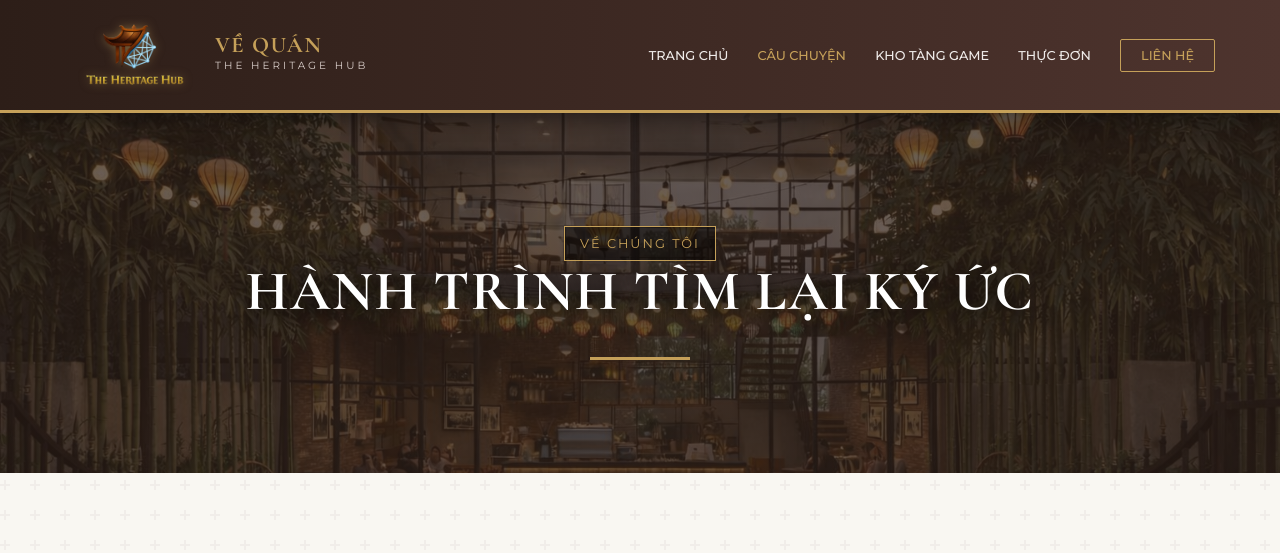
Repository: Lukas952003/Project-The-Heritage-Hub-Coffee-Marketing
Page: about.html
These files come from the project's save history. The page is drawn as it stood at one moment and after the next save; the edit follows.
The browser window is 1280 px wide. The pictures show the part of the page from y = 0 to 553 px (the page is 4198 px tall).
A picture or video elsewhere on the page could not be fetched, so the positions and the page height are approximate. Backgrounds fixed to the window are drawn as part of the page.

Above is the page before, as saved 2025-12-28 20:47:42.

### about.html
<!DOCTYPE html>
<html lang="vi">
  <head>
    <meta charset="UTF-8" />
    <meta
      name="viewport"
      content="width=device-width, initial-scale=1.0, maximum-scale=1.0, user-scalable=no"
    />
    <title>Câu Chuyện | THE HERITAGE HUB - SÀI GÒN</title>
    <link
      href="https://fonts.googleapis.com/css2?family=Cormorant+Garamond:ital,wght@0,400;0,600;0,700;1,400&family=Montserrat:wght@300;400;500;600&family=Great+Vibes&display=swap"
      rel="stylesheet"
    />
    <link
      rel="stylesheet"
      href="https://cdnjs.cloudflare.com/ajax/libs/font-awesome/6.4.0/css/all.min.css"
    />

    <style>
      /* --- 1. CORE STYLES (ĐỒNG BỘ VỚI INDEX.HTML) --- */
      :root {
        --wood-primary: #5d4037;
        --wood-dark: #2d1e18; /* Gỗ mun đen hơn */
        --jade: #006b54;
        --jade-light: #2e8b57;
        --gold: #c5a059;
        --gold-glow: #ffd700;
        --cream: #f9f7f2;
        --text: #2c2c2c;
      }

      * {
        margin: 0;
        padding: 0;
        box-sizing: border-box;
      }
      body {
        font-family: "Montserrat", sans-serif;
        background-color: var(--cream);
        color: var(--text);
        line-height: 1.8;
        overflow-x: hidden;
        background-image: url("data:[embedded picture, 363 characters]");
      }

      h1,
      h2,
      h3,
      h4 {
        font-family: "Cormorant Garamond", serif;
        text-transform: uppercase;
        letter-spacing: 1.5px;
        color: var(--wood-dark);
      }
      .serif-italic {
        font-family: "Cormorant Garamond", serif;
        font-style: italic;
      }

      /* Container có padding an toàn */
      .container {
        max-width: 1200px;
        margin: 0 auto;
        padding: 0 25px;
      }
      .section-padding {
        padding: 100px 0;
      }

      /* HEADER */
      header {
        background: linear-gradient(to right, var(--wood-dark), #4e342e);
        border-bottom: 3px solid var(--gold);
        padding: 10px 0;
        position: sticky;
        top: 0;
        z-index: 1000;
        box-shadow: 0 5px 20px rgba(0, 0, 0, 0.4);
      }
      .nav-inner {
        display: flex;
        justify-content: space-between;
        align-items: center;
      }
      .logo-area {
        text-decoration: none;
        display: flex;
        align-items: center;
        gap: 15px;
      }
      .custom-logo {
        height: 90px;
        width: auto;
        object-fit: contain;
        filter: drop-shadow(0 0 5px rgba(197, 160, 89, 0.5));
      }
      .brand-text h1 {
        color: var(--gold);
        margin: 0;
        line-height: 1;
        font-size: 1.4rem;
      }
      .brand-text span {
        color: #d7ccc8;
        font-size: 0.65rem;
        letter-spacing: 3px;
        display: block;
        font-family: "Montserrat", sans-serif;
      }
      .nav-links a {
        color: #efebe9;
        text-decoration: none;
        margin-left: 25px;
        font-weight: 500;
        font-size: 0.8rem;
        text-transform: uppercase;
        transition: 0.3s;
      }
      .nav-links a:hover,
      .nav-links a.active {
        color: var(--gold);
      }
      .btn-nav {
        border: 1px solid var(--gold);
        padding: 8px 20px;
        border-radius: 2px;
        color: var(--gold) !important;
      }
      .btn-nav:hover {
        background: var(--gold);
        color: var(--wood-dark) !important;
      }

      /* --- 2. ABOUT HERO --- */
      .page-hero {
        height: 50vh;
        background: linear-gradient(rgba(45, 30, 24, 0.7), rgba(45, 30, 24, 0.7)),
          url("./img/Mô\ hình\ kiến\ trúc\ quán.png");
        background-attachment: fixed;
        background-size: cover;
        background-position: center;
        display: flex;
        flex-direction: column;
        align-items: center;
        justify-content: center;
        text-align: center;
        padding: 0 20px;
      }
      .page-hero h2 {
        font-size: 3.5rem;
        color: #fff;
        text-shadow: 0 5px 20px #000;
        margin-bottom: 15px;
        line-height: 1.1;
      }
      .breadcrumb {
        color: var(--gold);
        font-family: "Montserrat";
        font-size: 0.8rem;
        letter-spacing: 2px;
        text-transform: uppercase;
        border: 1px solid var(--gold);
        padding: 5px 15px;
        background: rgba(0, 0, 0, 0.5);
      }

      /* --- 3. STORY (ZIGZAG) --- */
      .story-block {
        display: flex;
        align-items: center;
        gap: 60px;
        margin-bottom: 100px;
      }
      .story-block.reverse {
        flex-direction: row-reverse;
      }
      .story-img {
        flex: 1;
        position: relative;
      }
      .story-img img {
        width: 100%;
        border-radius: 4px;
        box-shadow: 20px 20px 0 var(--wood-dark);
        filter: sepia(20%);
        transition: 0.5s;
      }
      .story-img:hover img {
        filter: sepia(0);
        transform: translateY(-5px);
      }
      .story-img::before {
        content: "";
        position: absolute;
        top: -15px;
        left: -15px;
        width: 100px;
        height: 100px;
        border-top: 3px solid var(--gold);
        border-left: 3px solid var(--gold);
        z-index: 1;
      }
      .story-text {
        flex: 1;
      }
      .story-text h3 {
        font-size: 2.5rem;
        margin-bottom: 20px;
        color: var(--wood-dark);
        border-left: 5px solid var(--jade);
        padding-left: 20px;
      }
      .story-text p {
        color: var(--text);
        margin-bottom: 20px;
        text-align: justify;
        font-size: 1.05rem;
      }
      .highlight-text {
        color: var(--jade);
        font-weight: 600;
        font-family: "Cormorant Garamond";
        font-size: 1.3rem;
        font-style: italic;
      }

      /* --- 4. PHILOSOPHY --- */
      .philosophy-section {
        background-color: var(--wood-dark);
        background-image: url("https://www.transparenttextures.com/patterns/black-scales.png");
        color: #fff;
        padding: 100px 0;
        text-align: center;
        position: relative;
      }
      .philosophy-section::before,
      .philosophy-section::after {
        content: "";
        position: absolute;
        left: 0;
        width: 100%;
        height: 5px;
        background: linear-gradient(90deg, var(--wood-dark), var(--gold), var(--wood-dark));
      }
      .philosophy-section::before {
        top: 0;
      }
      .philosophy-section::after {
        bottom: 0;
      }

      .phil-container {
        display: flex;
        justify-content: center;
        gap: 40px;
        margin-top: 60px;
        flex-wrap: wrap;
      }
      .phil-card {
        width: 300px;
        height: 420px;
        background: linear-gradient(145deg, #2d1e18, #3e2723);
        border: 2px solid var(--gold);
        border-radius: 10px 10px 0 0;
        padding: 40px 20px;
        position: relative;
        overflow: hidden;
        transition: 0.5s;
        box-shadow: 0 10px 30px rgba(0, 0, 0, 0.5);
      }
      .phil-card:hover {
        transform: translateY(-15px);
        border-color: var(--jade);
        box-shadow: 0 0 30px rgba(0, 107, 84, 0.4);
      }

      .phil-icon-large {
        font-size: 4rem;
        color: rgba(255, 255, 255, 0.05);
        position: absolute;
        top: 20px;
        right: 20px;
        z-index: 0;
      }
      .phil-main-icon {
        width: 80px;
        height: 80px;
        background: var(--jade);
        border-radius: 50%;
        display: flex;
        align-items: center;
        justify-content: center;
        font-size: 2rem;
        color: #fff;
        margin: 0 auto 30px;
        border: 2px solid var(--gold);
        position: relative;
        z-index: 1;
        box-shadow: 0 0 15px var(--jade);
      }
      .phil-title {
        font-size: 2rem;
        color: var(--gold);
        margin-bottom: 10px;
        position: relative;
        z-index: 1;
      }
      .phil-subtitle {
        font-size: 0.9rem;
        color: #aaa;
        text-transform: uppercase;
        letter-spacing: 2px;
        margin-bottom: 20px;
        display: block;
      }
      .phil-desc {
        font-size: 0.95rem;
        color: #ddd;
        z-index: 1;
        position: relative;
        line-height: 1.6;
      }

      /* --- 5. FOUNDING TEAM (PC DEFAULT) --- */
      .team-section {
        padding: 100px 0;
        background: var(--cream);
      }
      .team-title-box {
        text-align: center;
        margin-bottom: 60px;
      }
      .team-title-box h2 {
        font-size: 3rem;
        margin: 10px 0;
      }

      /* Mặc định PC: 4 Cột */
      .team-grid {
        display: grid;
        grid-template-columns: repeat(4, 1fr);
        gap: 20px;
      }

      .member-card {
        background: #fff;
        border: 1px solid #d7ccc8;
        position: relative;
        overflow: hidden;
        transition: 0.4s;
        height: 400px;
        box-shadow: 5px 5px 15px rgba(0, 0, 0, 0.05);
      }
      .member-card:hover {
        transform: scale(1.02);
        z-index: 10;
        border-color: var(--gold);
        box-shadow: 0 20px 40px rgba(0, 0, 0, 0.2);
      }

      .member-img {
        width: 100%;
        height: 75%;
        object-fit: cover;
        filter: grayscale(100%);
        transition: 0.5s;
        border-bottom: 2px solid var(--gold);
      }
      .member-card:hover .member-img {
        filter: grayscale(0%);
        height: 60%;
      }

      .member-info {
        padding: 15px;
        text-align: center;
        background: #fff;
        height: 25%;
        transition: 0.5s;
        display: flex;
        flex-direction: column;
        justify-content: center;
      }
      .member-card:hover .member-info {
        height: 40%;
        background: var(--wood-dark);
      }

      .member-name {
        font-weight: 700;
        font-size: 1.1rem;
        color: var(--wood-dark);
        text-transform: uppercase;
        transition: 0.3s;
      }
      .member-card:hover .member-name {
        color: var(--gold);
      }

      .member-role {
        font-size: 0.8rem;
        color: var(--jade);
        font-weight: 600;
        display: block;
        margin-top: 5px;
      }

      /* Stats only on PC hover */
      .member-stat {
        opacity: 0;
        transform: translateY(20px);
        transition: 0.5s;
        color: #ccc;
        font-size: 0.8rem;
        margin-top: 10px;
        font-style: italic;
        display: block;
      }
      .member-card:hover .member-stat {
        opacity: 1;
        transform: translateY(0);
      }

      /* FOOTER */
      footer {
        background: #281a16;
        color: #a1887f;
        padding: 80px 0 20px;
        border-top: 5px solid var(--jade);
      }
      .footer-grid {
        display: grid;
        grid-template-columns: 1.5fr 1fr 1fr;
        gap: 40px;
        margin-bottom: 40px;
      }
      .footer-col h4 {
        color: #fff;
        margin-bottom: 25px;
        font-size: 1.2rem;
        border-left: 3px solid var(--gold);
        padding-left: 15px;
      }
      .footer-col ul {
        list-style: none;
      }
      .footer-col li {
        margin-bottom: 12px;
        font-size: 0.95rem;
      }
      .footer-col a {
        color: #a1887f;
        text-decoration: none;
        transition: 0.3s;
      }
      .footer-col a:hover {
        color: var(--gold);
        padding-left: 5px;
      }

      /* =========================================
         MOBILE RESPONSIVE CSS (TỐI ƯU HÓA)
         ========================================= */
      @media (max-width: 768px) {
        /* Chung */
        .section-padding {
          padding: 60px 0;
        }
        .container {
          padding: 0 25px;
        }

        /* Header */
        .nav-inner {
          flex-direction: column;
          gap: 15px;
        }
        .nav-links {
          width: 100%;
          justify-content: center;
          gap: 10px;
          margin-left: 0;
          display: flex;
          flex-wrap: wrap;
        }
        .nav-links a {
          margin: 0 5px;
          font-size: 0.85rem;
          padding: 5px;
        }

        /* Hero */
        .page-hero {
          height: auto;
          padding: 100px 20px;
        }
        .page-hero h2 {
          font-size: 2.5rem;
        }

        /* Story */
        .story-block,
        .story-block.reverse {
          flex-direction: column;
          gap: 30px;
          margin-bottom: 60px;
        }
        .story-img::before {
          display: none;
        } /* Tắt viền trang trí ảnh */
        .story-text {
          text-align: center;
        }
        .story-text h3 {
          font-size: 2rem;
          border-left: none;
          border-bottom: 3px solid var(--jade);
          padding-left: 0;
          padding-bottom: 10px;
          display: inline-block;
        }

        /* Philosophy */
        .phil-container {
          flex-direction: column;
          align-items: center;
          gap: 30px;
        }
        .phil-card {
          width: 100%;
          max-width: 350px;
          height: auto;
          min-height: 400px;
        }

        /* --- TEAM GRID MOBILE (2 CỘT 4 HÀNG) --- */
        .team-title-box h2 {
          font-size: 2.2rem;
        }
        .team-grid {
          grid-template-columns: repeat(2, 1fr); /* 2 Cột trên Mobile */
          gap: 15px; /* Khoảng cách nhỏ hơn */
        }
        .member-card {
          height: 260px; /* Thu nhỏ chiều cao thẻ */
        }
        .member-img {
          height: 70%; /* Ảnh chiếm phần lớn */
        }
        .member-info {
          height: 30%; /* Phần thông tin nhỏ lại */
          padding: 10px 5px;
        }
        .member-card:hover .member-info {
          height: 30%; /* Tắt hiệu ứng mở rộng trên mobile */
          background: #fff; /* Giữ nền trắng */
        }
        .member-name {
          font-size: 0.85rem; /* Tên nhỏ lại */
          margin-bottom: 2px;
        }
        .member-card:hover .member-name {
          color: var(--wood-dark);
        } /* Tắt đổi màu */

        .member-role {
          font-size: 0.6rem; /* Role nhỏ lại */
        }
        .member-stat {
          display: none; /* Ẩn câu quote trên mobile vì không có chỗ */
        }

        /* Footer */
        footer {
          padding: 50px 0 20px;
        }
        .footer-grid {
          grid-template-columns: 1fr;
          text-align: center;
          gap: 30px;
        }
        .footer-col h4 {
          border-left: none;
          border-bottom: 2px solid var(--gold);
          padding-left: 0;
          padding-bottom: 10px;
          display: inline-block;
        }
      }
    </style>
  </head>
  <body>
    <header>
      <div class="container nav-inner">
        <a href="index.html" class="logo-area">
          <img src="./img/logo.png" alt="Logo" class="custom-logo" />
          <div class="brand-text">
            <h1>VỀ QUÁN</h1>
            <span>THE HERITAGE HUB</span>
          </div>
        </a>
        <nav class="nav-links">
          <a href="index.html">Trang Chủ</a>
          <a href="about.html" class="active" style="color: var(--gold)">Câu Chuyện</a>
          <a href="games.html">Kho Tàng Game</a>
          <a href="menu.html">Thực Đơn</a>
          <a href="contact" class="btn-nav">Liên Hệ</a>
        </nav>
      </div>
    </header>

    <section class="page-hero">
      <div class="breadcrumb">Về Chúng Tôi</div>
      <h2>HÀNH TRÌNH TÌM LẠI KÝ ỨC</h2>
      <div style="width: 100px; height: 3px; background: var(--gold); margin-top: 20px"></div>
    </section>

    <section class="section-padding container">
      <div class="story-block">
        <div class="story-text">
          <span class="serif-italic" style="color: var(--gold); font-size: 1.3rem">Chương 1</span>
          <h3>KHỞI NGUỒN TỪ <br />GIẢNG ĐƯỜNG UFM</h3>
          <p>
            Mọi chuyện bắt đầu vào một buổi chiều mưa tại Sài Gòn, trong giờ học Khởi nghiệp tại
            <b>UFM</b>. Chúng tôi, 8 sinh viên với những cá tính khác biệt, cùng chung một trăn trở:
            <i
              >"Tại sao người trẻ chúng ta thuộc lầu luật chơi ma sói, boardgame nước ngoài, nhưng
              lại quên mất cách rải quân Ô Ăn Quan?"</i
            >
          </p>
          <p class="highlight-text">
            "Chúng tôi không muốn văn hóa chỉ nằm trong viện bảo tàng. Chúng tôi muốn nó nằm trên
            bàn cà phê, trong tiếng cười của các bạn."
          </p>
        </div>
        <div class="story-img">
          <img
            src="https://images.unsplash.com/photo-1523240795612-9a054b0db644?q=80&w=2070&auto=format&fit=crop"
            alt="Nhóm sinh viên"
          />
        </div>
      </div>

      <div class="story-block reverse">
        <div class="story-text">
          <span class="serif-italic" style="color: var(--gold); font-size: 1.3rem">Chương 2</span>
          <h3>SỨ MỆNH <br />"DI SẢN SỐNG"</h3>
          <p>
            Không chỉ là một quán cà phê, <b>Về Quán</b> là cầu nối giữa quá khứ huy hoàng và hiện
            tại năng động. Chúng tôi tin rằng văn hóa chỉ thực sự sống khi nó được thực hành mỗi
            ngày.
          </p>
          <p>
            Tại đây, bạn sẽ thấy những bộ cờ vua, ô ăn quan được chế tác thủ công tinh xảo, kết hợp
            cùng công nghệ AR hiện đại để kể lại những câu chuyện lịch sử hào hùng.
          </p>
        </div>
        <div class="story-img">
          <img
            src="https://images.unsplash.com/photo-1596627627832-75390eb3e3a7?q=80&w=2070&auto=format&fit=crop"
            alt="Không gian quán"
          />
        </div>
      </div>
    </section>

    <section class="philosophy-section">
      <div class="container">
        <h2 style="color: var(--gold)">TRIẾT LÝ TAM CHÂN KIỀNG</h2>
        <p style="color: #ccc; max-width: 600px; margin: 0 auto">
          Ba trụ cột vững chắc tạo nên linh hồn của The Heritage Hub
        </p>

        <div class="phil-container">
          <div class="phil-card">
            <i class="fa-solid fa-seedling phil-icon-large"></i>
            <div class="phil-main-icon"><i class="fa-solid fa-tree"></i></div>
            <h3 class="phil-title">CỐT</h3>
            <span class="phil-subtitle">(ROOTS)</span>
            <p class="phil-desc">
              Giữ gìn <b>Cốt Cách</b> văn hóa. Mọi trò chơi tại Về Quán đều giữ nguyên luật chơi
              gốc, tôn trọng lịch sử và hồn cốt dân tộc.
            </p>
          </div>
          <div
            class="phil-card"
            style="border-color: var(--jade); background: linear-gradient(145deg, #004d40, #00695c)"
          >
            <i class="fa-solid fa-wand-magic-sparkles phil-icon-large"></i>
            <div
              class="phil-main-icon"
              style="background: var(--gold); color: var(--wood-dark); border-color: #fff"
            >
              <i class="fa-solid fa-lightbulb"></i>
            </div>
            <h3 class="phil-title" style="color: #fff">CÁCH</h3>
            <span class="phil-subtitle" style="color: #ddd">(STYLE)</span>
            <p class="phil-desc">
              Đột phá trong <b>Phong Cách</b>. Kết hợp thiết kế Indochine sang trọng với công nghệ
              AR/VR, tạo ra trải nghiệm "Di sản số".
            </p>
          </div>
          <div class="phil-card">
            <i class="fa-solid fa-heart phil-icon-large"></i>
            <div class="phil-main-icon"><i class="fa-solid fa-hands-holding-circle"></i></div>
            <h3 class="phil-title">CẢM</h3>
            <span class="phil-subtitle">(EMOTION)</span>
            <p class="phil-desc">
              Chạm đến <b>Cảm Xúc</b>. Nơi công nghệ không làm ta xa cách, mà là công cụ để kết nối
              người với người một cách thật nhất.
            </p>
          </div>
        </div>
      </div>
    </section>

    <section class="team-section container">
      <div class="team-title-box">
        <span class="serif-italic" style="color: var(--gold); font-size: 1.3rem"
          >Những người kiến tạo</span
        >
        <h2>8 NGƯỜI GIỮ LỬA</h2>
        <div
          style="width: 80px; height: 3px; background: var(--wood-dark); margin: 20px auto"
        ></div>
        <p style="max-width: 700px; margin: 0 auto; color: #666">
          Mỗi thành viên là một mảnh ghép không thể thiếu, cùng nhau thổi hồn vào từng quân cờ, từng
          tách trà tại Về Quán.
        </p>
      </div>

      <div class="team-grid">
        <div class="member-card">
          <img
            src="https://images.unsplash.com/photo-1560250097-0b93528c311a?q=80&w=1887&auto=format&fit=crop"
            class="member-img"
          />
          <div class="member-info">
            <div class="member-name">Nguyễn Văn A</div>
            <span class="member-role">THE LEADER (CEO)</span>
            <p class="member-stat">"Người thuyền trưởng định hướng con tàu di sản."</p>
          </div>
        </div>
        <div class="member-card">
          <img
            src="https://images.unsplash.com/photo-1573496359142-b8d87734a5a2?q=80&w=1888&auto=format&fit=crop"
            class="member-img"
          />
          <div class="member-info">
            <div class="member-name">Trần Thị B</div>
            <span class="member-role">THE STORYTELLER (CMO)</span>
            <p class="member-stat">"Thổi hồn vào từng câu chuyện truyền thông."</p>
          </div>
        </div>
        <div class="member-card">
          <img
            src="https://images.unsplash.com/photo-1519085360753-af0119f7cbe7?q=80&w=1887&auto=format&fit=crop"
            class="member-img"
          />
          <div class="member-info">
            <div class="member-name">Lê Văn C</div>
            <span class="member-role">THE ARCHITECT (Product)</span>
            <p class="member-stat">"Kiến tạo không gian và trải nghiệm sản phẩm."</p>
          </div>
        </div>
        <div class="member-card">
          <img
            src="https://images.unsplash.com/photo-1580489944761-15a19d654956?q=80&w=1961&auto=format&fit=crop"
            class="member-img"
          />
          <div class="member-info">
            <div class="member-name">Phạm Thị D</div>
            <span class="member-role">THE KEEPER (Operations)</span>
            <p class="member-stat">"Đảm bảo mọi vận hành trơn tru nhất."</p>
          </div>
        </div>
        <div class="member-card">
          <img
            src="https://images.unsplash.com/photo-1507003211169-0a1dd7228f2d?q=80&w=1887&auto=format&fit=crop"
            class="member-img"
          />
          <div class="member-info">
            <div class="member-name">Hoàng Văn E</div>
            <span class="member-role">THE TECH WIZARD (CTO)</span>
            <p class="member-stat">"Phù thủy công nghệ đằng sau App AR."</p>
          </div>
        </div>
        <div class="member-card">
          <img
            src="https://images.unsplash.com/photo-1534528741775-53994a69daeb?q=80&w=1964&auto=format&fit=crop"
            class="member-img"
          />
          <div class="member-info">
            <div class="member-name">Đỗ Thị F</div>
            <span class="member-role">THE ARTIST (Creative)</span>
            <p class="member-stat">"Vẽ nên màu sắc và linh hồn thị giác."</p>
          </div>
        </div>
        <div class="member-card">
          <img
            src="https://images.unsplash.com/photo-1531427186611-ecfd6d936c79?q=80&w=1887&auto=format&fit=crop"
            class="member-img"
          />
          <div class="member-info">
            <div class="member-name">Vũ Văn G</div>
            <span class="member-role">THE BANKER (Finance)</span>
            <p class="member-stat">"Quản lý dòng tiền và tài chính dự án."</p>
          </div>
        </div>
        <div class="member-card">
          <img
            src="https://images.unsplash.com/photo-1544005313-94ddf0286df2?q=80&w=1888&auto=format&fit=crop"
            class="member-img"
          />
          <div class="member-info">
            <div class="member-name">Ngô Thị H</div>
            <span class="member-role">THE CONNECTOR (HR)</span>
            <p class="member-stat">"Gắn kết đội ngũ và phát triển nhân sự."</p>
          </div>
        </div>
      </div>
    </section>

    <footer id="contact">
      <div class="container">
        <div class="footer-grid">
          <div class="footer-col">
            <h2 style="color: var(--gold); font-family: 'Cormorant Garamond'; margin-bottom: 20px">
              THE HERITAGE HUB
            </h2>
            <p>
              Dự án khởi nghiệp sinh viên UFM. Nơi lưu giữ và lan tỏa giá trị văn hóa Việt qua lăng
              kính hiện đại.
            </p>
          </div>
          <div class="footer-col">
            <h4>THÀNH VIÊN</h4>
            <ul>
              <li><a href="#">Đăng ký Membership</a></li>
              <li><a href="#">Quyền lợi hạng Gold</a></li>
              <li><a href="#">Lịch giải đấu tuần</a></li>
            </ul>
          </div>
          <div class="footer-col">
            <h4>LIÊN HỆ</h4>
            <ul>
              <li>
                <i class="fa-solid fa-location-dot" style="color: var(--gold); width: 20px"></i> Sài
                Gòn, Việt Nam
              </li>
              <li>
                <i class="fa-solid fa-phone" style="color: var(--gold); width: 20px"></i>
                0909.HERITAGE
              </li>
              <li>
                <i class="fa-solid fa-envelope" style="color: var(--gold); width: 20px"></i>
                hello@vequan.vn
              </li>
            </ul>
          </div>
        </div>
        <div
          style="
            text-align: center;
            border-top: 1px solid #333;
            padding-top: 20px;
            font-size: 0.85rem;
          "
        >
          © 2025 THE HERITAGE HUB. Designed with ❤️ by UFM Students.
        </div>
      </div>
    </footer>
  </body>
</html>

After the next save:
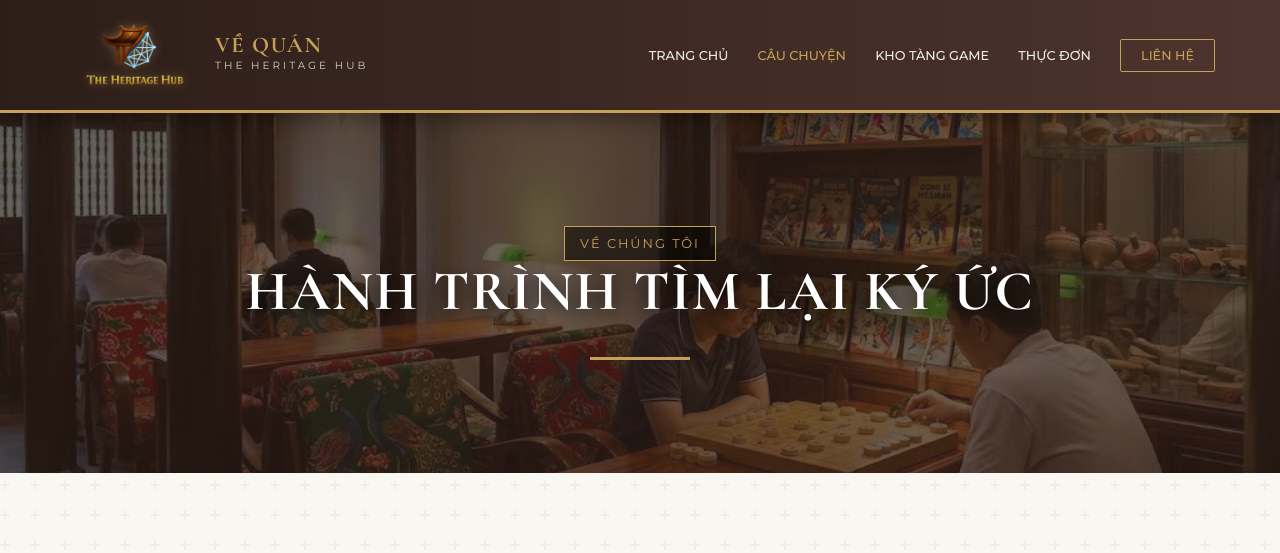
Saved 23 s later.
--- a/about.html
+++ b/about.html
@@ -135,7 +135,7 @@
       .page-hero {
         height: 50vh;
         background: linear-gradient(rgba(45, 30, 24, 0.7), rgba(45, 30, 24, 0.7)),
-          url("./img/Mô\ hình\ kiến\ trúc\ quán.png");
+          url("./img/khong-gian-quan.jpg");
         background-attachment: fixed;
         background-size: cover;
         background-position: center;
